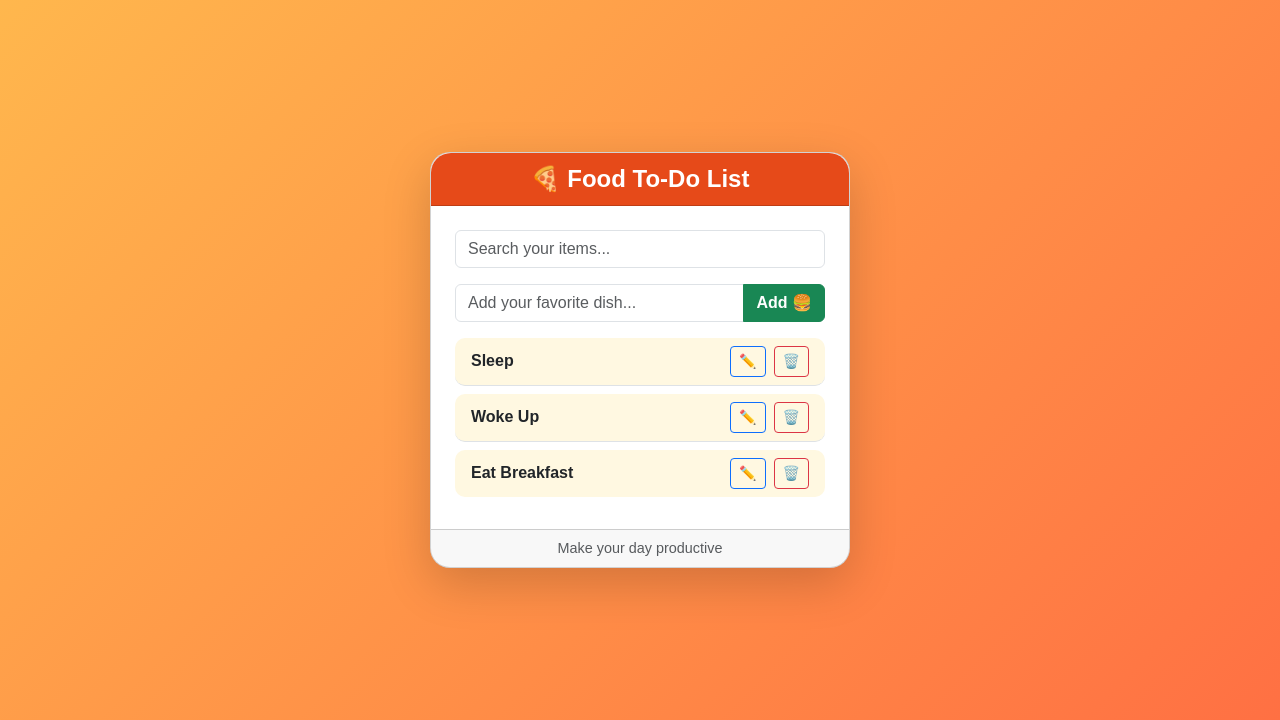
Repository: Dredphoenix/react-todo-app
Page: /
An editor plug-in stored every save of this project. The page is shown before and after the next save, followed by the edit.
The browser window is 1280 px wide. The pictures show the whole page.
The project was rebuilt for these pictures with package versions that can differ from the ones it lists, and the page was loaded fresh each time. Also part of the build but not shown: vite.config.js.

Above is the page before, as saved 2025-09-29 08:35:23.

After the next save:
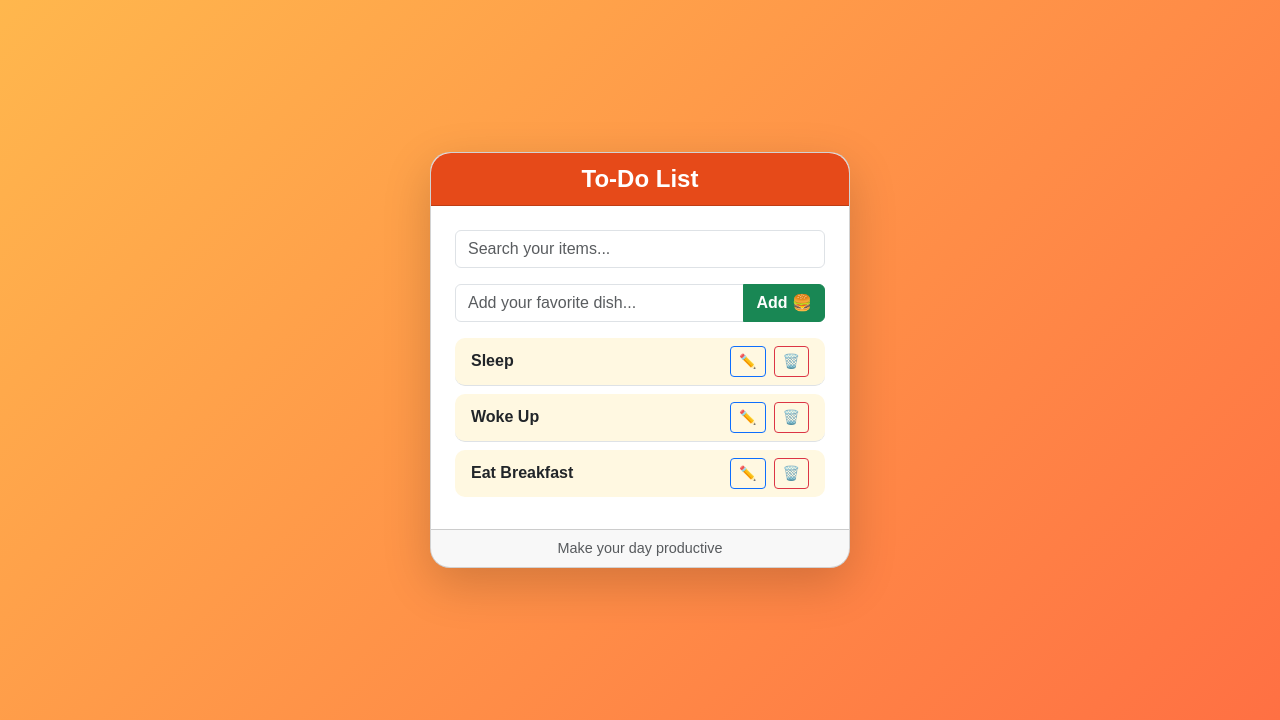
Saved 44 s later.
--- a/src/pages/Home.jsx
+++ b/src/pages/Home.jsx
@@ -77,7 +77,7 @@ const Home = () => {
             fontSize: "1.5rem",
           }}
         >
-          🍕 Food To-Do List
+          To-Do List
         </div>
 
         <div className="card-body p-4">
